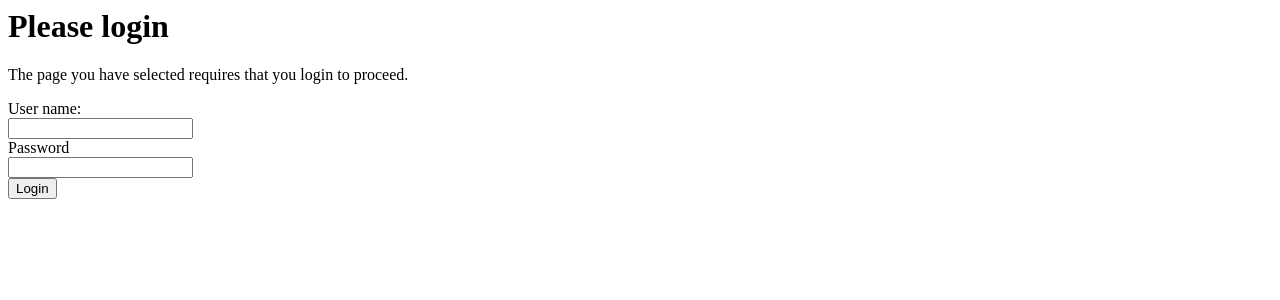
Repository: erjaimin/coding-ground
Page: http://localhost/Assignment03/login.jsp
An editor plug-in stored every save of this project. The page is shown before and after the next save, followed by the edit.
The browser window is 1280 px wide. The pictures show the whole page.
The page is served by Tomcat 9. Nobody is signed in. The application's start-up code is not run.

Above is the page before, as saved 2017-11-25 17:46:14.

After the next save:
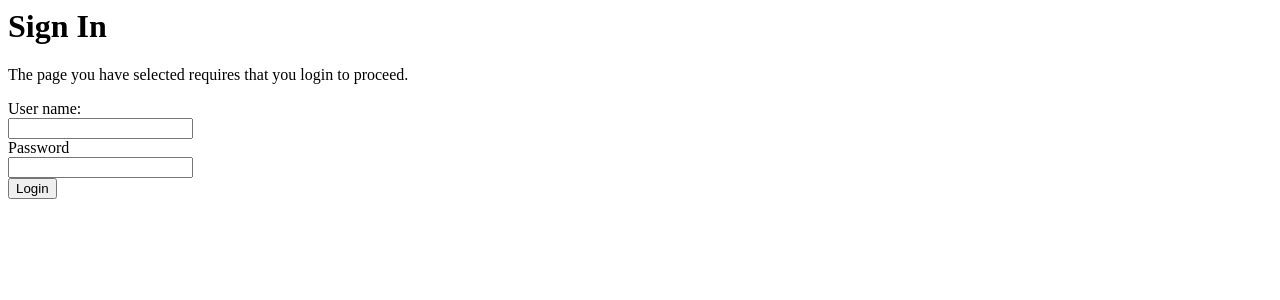
Saved 20 s later.
--- a/Abde_Fatani/Assignment03/WebContent/login.jsp
+++ b/Abde_Fatani/Assignment03/WebContent/login.jsp
@@ -8,7 +8,7 @@
     </style>
 </head>
 <body>
-<h1>Please login</h1>
+<h1>Sign In</h1>
 
 <p>The page you have selected requires that you login to proceed.</p>
 
